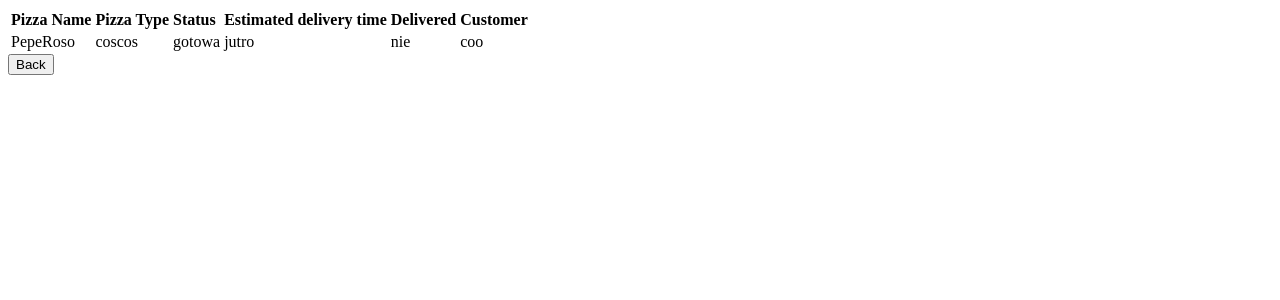
Repository: wisni4k/html-trainee
Page: testWeb/WebContent/OrdersList.html
These files come from the project's save history. The page is drawn as it stood at one moment and after the next save; the edit follows.
The browser window is 1280 px wide. The pictures show the whole page.

Above is the page before, as saved 2015-07-10 13:16:25.

After the next save:
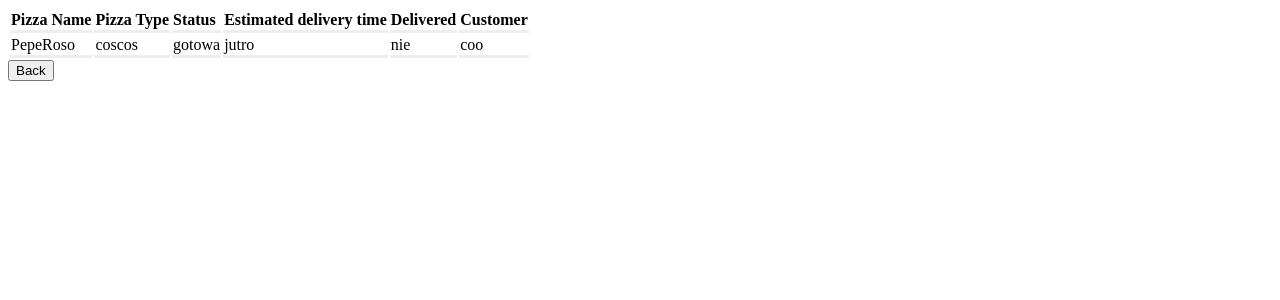
Saved 11 s later.
--- a/testWeb/WebContent/TableStyle.css
+++ b/testWeb/WebContent/TableStyle.css
@@ -4,5 +4,5 @@ table td{
 	border-collapse: collapse;
 	margin-left: auto;
 	margin-right: auto;
-	border-bottom-style: inherit;
+	border-bottom-style: inset;
 }
